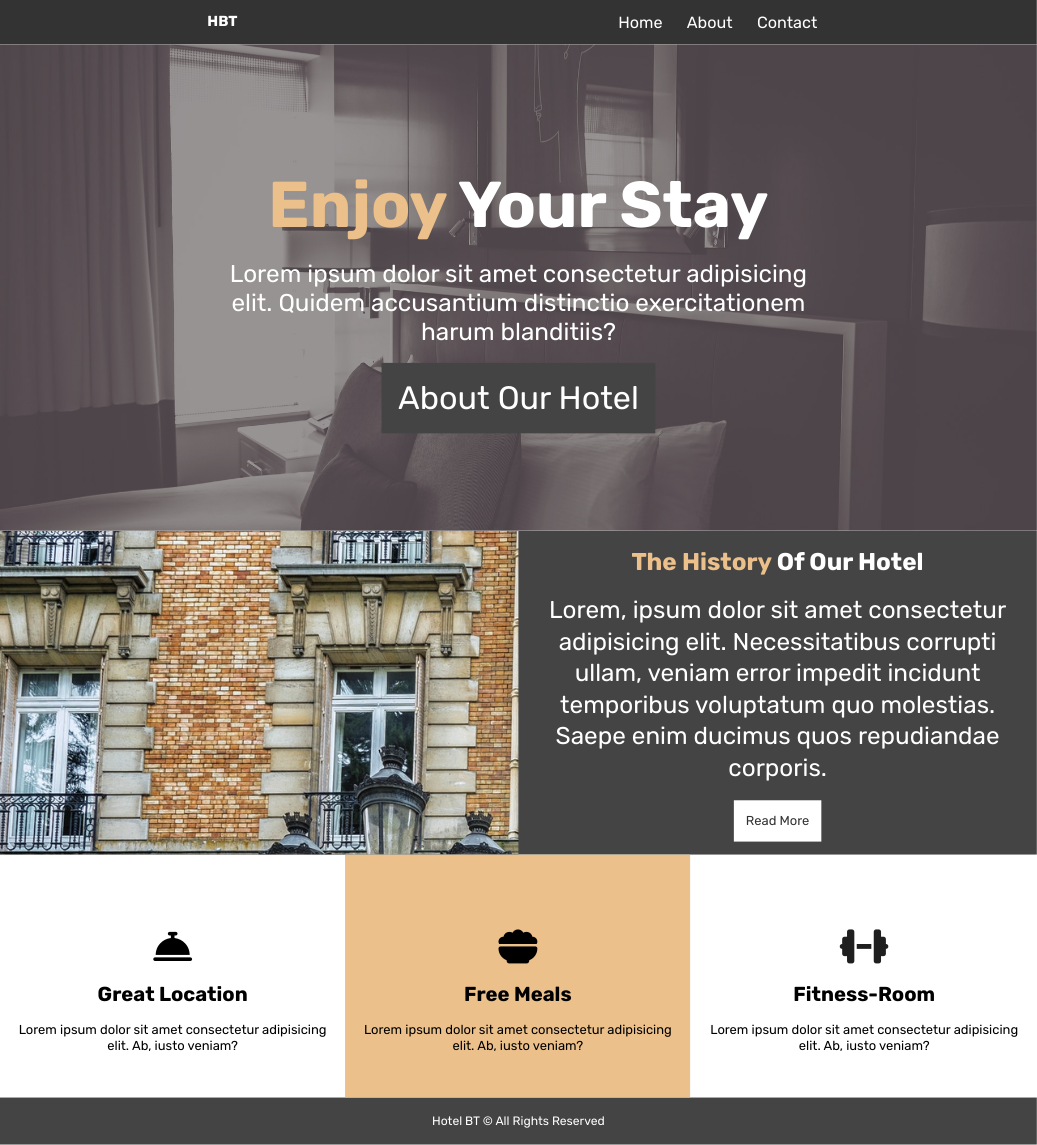
Repository: reemoon-ctrl/35---hotel-website
Page: index.html
An editor plug-in stored every save of this project. The page is shown before and after the next save, followed by the edit.
The browser window is 1280 px wide. The pictures show the whole page, at 81% of full size.
Some web libraries are served in a nearby version.

Above is the page before, as saved 2024-07-24 19:43:59.

After the next save:
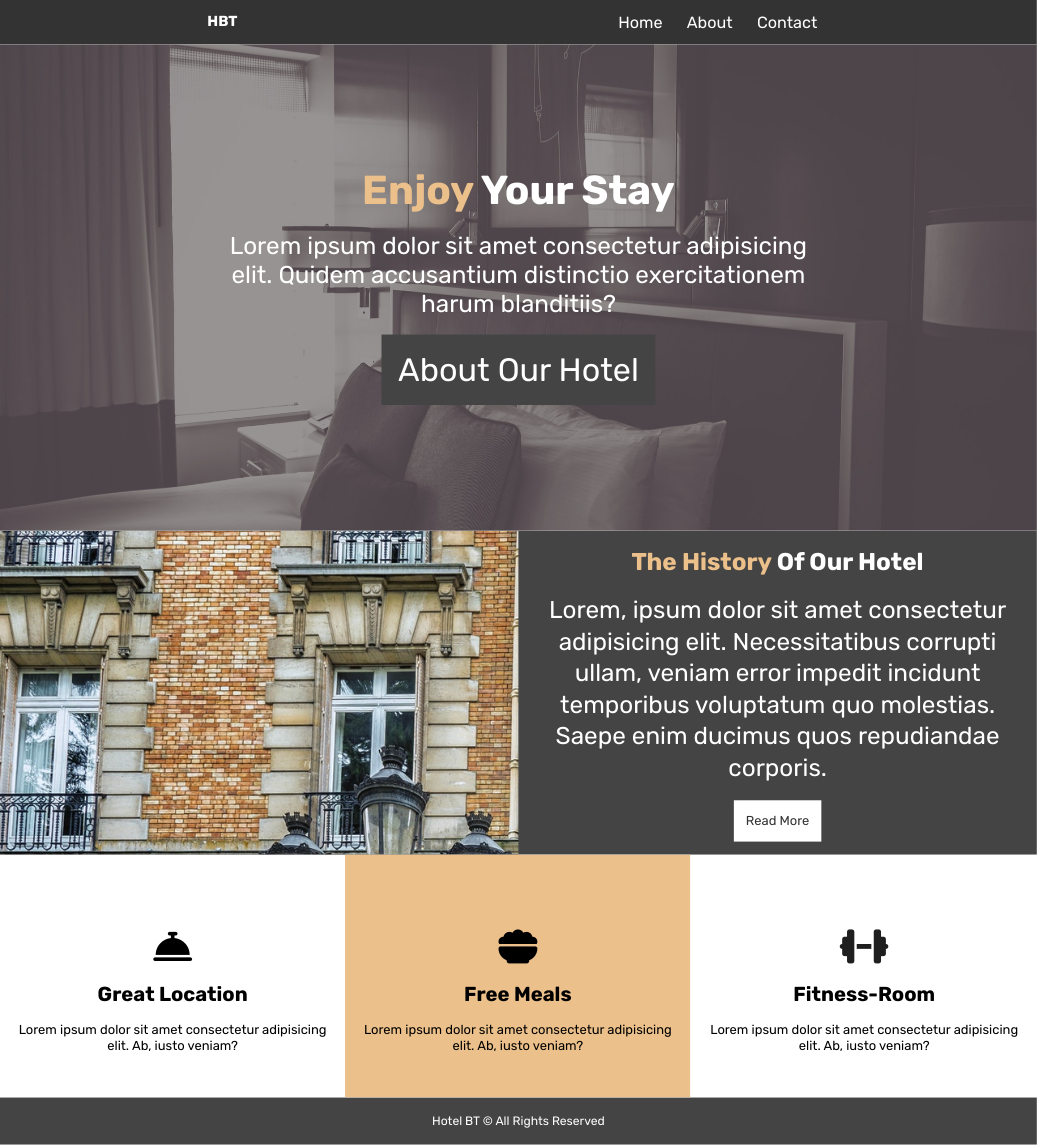
Saved 22 s later.
--- a/index.css
+++ b/index.css
@@ -80,7 +80,7 @@
     color:#fff;
 }
 .mainheadertxt h1{
-    font-size:80px;
+    font-size:50px;
 
 }
 
